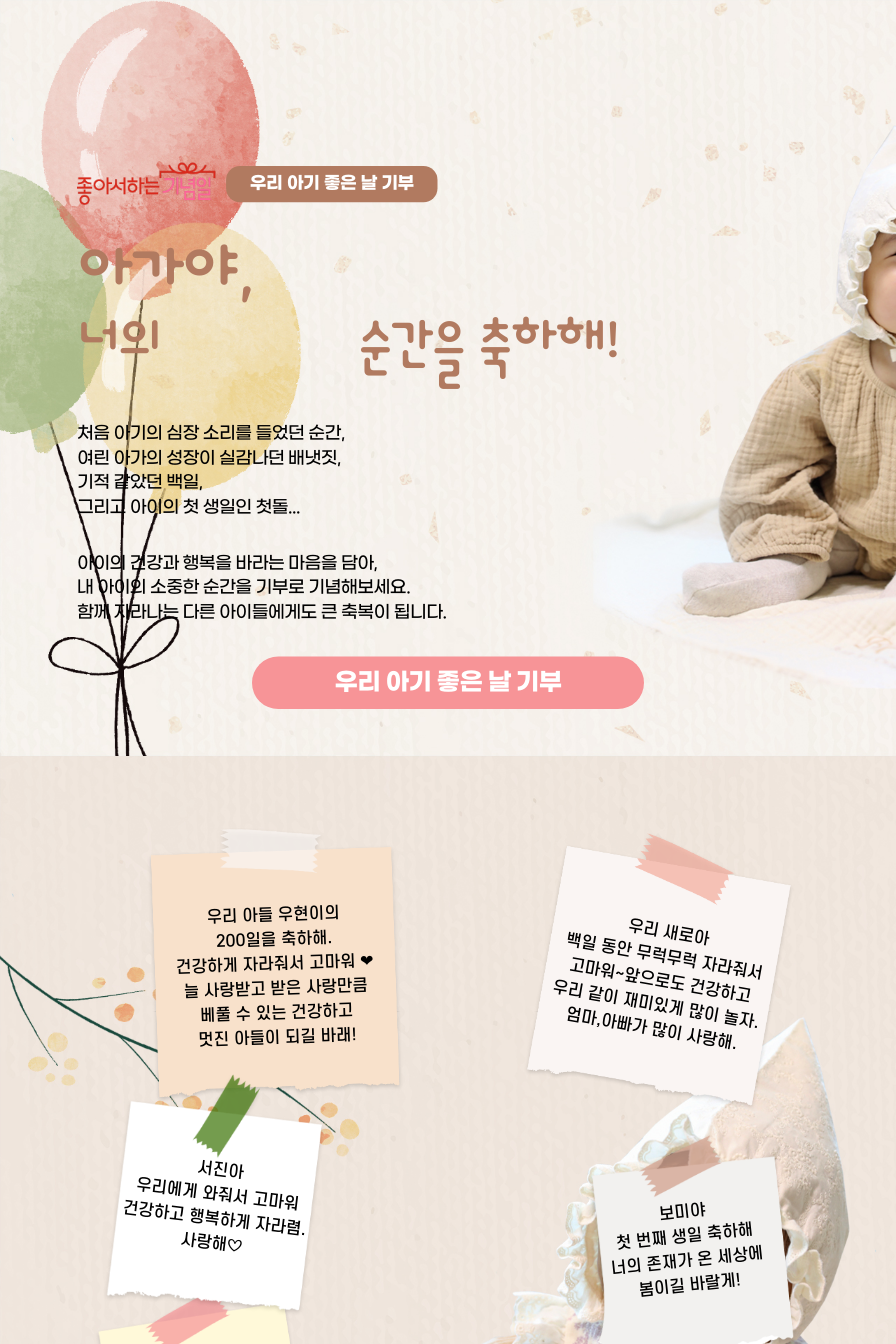
Repository: dlgywls1130/save_the_children
Page: index.html
An editor plug-in stored every save of this project. The page is shown before and after the next save, followed by the edit.
The browser window is 1280 px wide. The pictures show the part of the page from y = 0 to 1920 px (the page is 8338 px tall), at 70% of full size.

Above is the page before, as saved 2023-12-13 12:15:00.

### index.html
<!DOCTYPE html>
<html lang="en">
<head>
    <meta charset="UTF-8">
    <meta name="viewport" content="width=device-width, initial-scale=1.0">
    <title>세이브더칠드런</title>

    <link rel="stylesheet" href="./css/reset.css">
    <link rel="stylesheet" href="./css/style.css">

    <link rel="stylesheet" type="text/css" href="//cdn.jsdelivr.net/npm/slick-carousel@1.8.1/slick/slick.css"/>
</head>
<body>
    <div class="content_body">
        <section class="section_wrapper section01">
            <div class="se01 se_wrapper">
                <div class="se01_sub">
                    <div class="sub_logo">
                        <img src="./img/logo01.png" alt="logo">
                    </div>
                    <p>우리 아기 좋은 날 기부</p>
                </div>
                <p class="seo01_title">
                    아가야,
                </p>
                <p class="seo01_title_two">
                    너의 <span id="rollingText">탄생</span> 순간을 축하해!
                </p>
                <p class="section_descript mb-45">
                    처음 아기의 심장 소리를 들었던 순간,
                    <br>여린 아가의 성장이 실감나던 배냇짓,
                    <br>기적 같았던 백일,
                    <br>그리고 아이의 첫 생일인 첫돌...
                </p>
                <p class="section_descript">
                    아이의 건강과 행복을 바라는 마음을 담아,
                    <br>내 아이의 소중한 순간을 기부로 기념해보세요.
                    <br>함께 자라나는 다른 아이들에게도 큰 축복이 됩니다.
                </p>

                <a class="donation_link" href="javascript:void(0)">우리 아기 좋은 날 기부</a>
            </div>
        </section>
        <section class="section_wrapper section02">
            <div class="se02 se_wrapper">
                <div class="postit_wrapper">
                    <div class="postit postit01">
                        <p>우리 아들 우현이의<br>
                        200일을 축하해.<br>
                        건강하게 자라줘서 고마워 ❤<br>
                        늘 사랑받고 받은 사랑만큼<br>
                        베풀 수 있는 건강하고<br>
                        멋진 아들이 되길 바래!</p>
                    </div>
                    <div class="postit postit02">
                        <p>우리 새로아<Br>
                        백일 동안 무럭무럭 자라줘서<Br>
                        고마워~앞으로도 건강하고<Br>
                        우리 같이 재미있게 많이 놀자.<Br>
                        엄마,아빠가 많이 사랑해.</p>
                    </div>
                    <div class="postit postit03">
                        <p>서진아<br>
                        우리에게 와줘서 고마워<br>
                        건강하고 행복하게 자라렴.<br>
                        사랑해♡      </p>
                    </div>
                    <div class="postit postit04">
                        <p>보미야<br>
                        첫 번째 생일 축하해<br>
                        너의 존재가 온 세상에<br>
                        봄이길 바랄게!   </p>
                    </div>
                    <div class="postit postit05">
                        <p>사랑하는 도현이의<br>
                        첫 어린이날과 첫돌을<br>
                        기념하며, <br>
                        이웃을 사랑하는<br>
                        멋진 사람으로 자라길</p>

                    </div>
                </div>
                <p class="ex_text">*소개한 사연은 모두 실제 사연입니다.</p>

            </div>
        </section>
        <section class="section_wrapper section03">
            <div class="se_wrapper se03">
                <div class="se_title_co">
                    아기의 좋은 날을 기념해 주신 모든 분들께
                    <br>후원감사증서를 보내드립니다.
                </div>
                <div class="se_sub_co">
                    후원감사증서는 아기에게 남기고 싶은 메시지와 아기의 좋은 날이 담긴 사진을 보관할 수 있도록
                    <br>만들어드립니다. 먼 훗날, 아기가 성장해 읽게 될 날을 그리며 편지를 써보세요.
                </div>
            </div>

        </section>
        <section class="section_wrapper section04">
            <div class="se_wrapper se04">
                <div class="se_title_co">
                    이름 자수 순면거즈블랭킷
                </div>
                <div class="se_sub_co">
                    30만원 이상 후원하신 분들께는 순면 거즈 아기 블랭킷(90*110)에
                    <Br>원하시는 이름(영문)을 예쁘게 수놓아 드립니다.
                </div>

                <div class="se04_slide mt-85">
                    <div class="se04_slide_list">
                        <img src="./img/slide01.jpg">
                    </div>
                    <div class="se04_slide_list">
                        <img src="./img/slide02.jpg">
                    </div>
                    <div class="se04_slide_list">
                        <img src="./img/slide03.jpg">
                    </div>
                </div>
            </div>
        </section>
        <section class="section_wrapper section05">
            <div class="se_wrapper se05">
                <div class="se_title_co">
                    후원신청 과정
                </div>

                <div class="se_step_list">
                    <div class="se_step">
                        <p class="step_number">1</p>
                        <div class="step_ico">
                            <img src="./img/icon01.png" alt="img">
                        </div>
                        <p class="step_descript">
                            후원신청하기
                        </p>
                    </div>
                    <div class="se_step">
                        <p class="step_number">2</p>
                        <div class="step_ico">
                            <img src="./img/icon02.png" alt="img">
                        </div>
                        <p class="step_descript">
                            후원감사증서
                            <br>메시지 적기
                        </p>
                    </div>
                    <div class="se_step">
                        <p class="step_number">3</p>
                        <div class="step_ico">
                            <img src="./img/icon03.png" alt="img">
                        </div>
                        <p class="step_descript">
                            신청완료
                        </p>
                    </div>
                    <div class="se_step">
                        <p class="step_number">4</p>
                        <div class="step_ico">
                            <img src="./img/icon04.png" alt="img">
                        </div>
                        <p class="step_descript">
                            후원감사증서 발송
                            <Br>(1주 이내)
                        </p>
                    </div>
                </div>

                <div class="se_sub_co mt-100">
                    30만원 이상 후원해 주신 경우,
                    <br>감사 선물 수령 주소 및 아기 블랭킷에 새겨질 문구 확인을 위한 문자가 발송됩니다.
                </div>

                <a class="donation_link" href="javascript:void(0)">우리 아기 좋은 날 기부</a>
            </div>

        </section>
        <section class="section_wrapper section06">
            <div class="se_wrapper se06">
                <div class="se_title_co">
                    후원금, 이렇게 쓰여요!
                </div>
                <div class="se_sub_co">
                    세이브더칠드런은 <span>국내외 아동을 위한 교육,
                    <Br>보호, 보건영양지원, 아동권리옹호</span> 등의 활동을 해나가고 있습니다.
                </div>
                <div class="se_sub_co">
                    보내주신 후원금은 정치, 종교, 인종에 관계없이 모든 아이를 구해야 한다는
                    <Br>세이브더칠드런의 신념에 따라 <span>가장 도움 필요한 아이를 위해 우선 사용</span>됩니다.
                </div>
            </div>

        </section>
        <section class="section_wrapper section07">
            <div class="se_wrapper se07">
                <div class="se_title_co">
                    FAQ
                </div>
                <div class="accordion">
                    <div class="accordion-item">
                        <h3 class="title">
                            <span>1. 30만원 이상 후원했습니다. 거즈 순면 블랭킷은 언제 오나요?</span>
                            <img src="./img/top.png">
                        </h3>
                        <p class="paragraph">
                            우리아기 축하기부로 30만원 이상 후원자님들께는 담요에 수놓을 아기 이름과
                            <Br>선물 수령 주소 확인을 위한 문자가 발송됩니다.
                            <br>02-6900-4479로 발송되는 문자 속 설문조사에 답해주세요.
                            <br>확인을 완료하신 분들께는 블랭킷 제작을 담당하고 있는 조니 스튜디오에서
                            <br>아기 이름 자수 작업 완료 후 배송해 드립니다.

                        </p>
                    </div>
                    <div class="accordion-item">
                        <h3 class="title">
                            <span>2. 거즈 순면 블랭킷, 안전한 제품인가요?</span>
                            <img src="./img/top.png">
                        </h3>
                        <p class="paragraph">
                            본 블랭킷은 워싱된 3중 거즈로 제작되었으며, KC안전검사를 완료하였습니다.
                            소재 특성상 섬유 조각이 발생할 수 있어 망에 넣지 않고 3번 정도 물빨래 하시는 것을 권장합니다.

                        </p>
                    </div>
                    <div class="accordion-item">
                        <h3 class="title">
                            <span>3. 거즈 순면 블랭킷을 받았는 데 하자가 있어요. 어떻게 해야 하나요? </span>
                            <img src="./img/top.png">
                        </h3>
                        <p class="paragraph">
                            070-4220-4123 (조니스튜디오 CS)로 전화 연락 부탁드립니다. 하자 물품에 대한 교환은 수령일로부터 7일 이내에 조니스튜디오에 연락해주셔야 하며, 이로 인한 후원금 환불은 어렵습니다.
                        </p>
                    </div>
                    <div class="accordion-item">
                        <h3 class="title">
                            <span>4. 후원감사증서에 넣을 수 있는 사진 사이즈는 얼마인가요?</span>
                            <img src="./img/top.png">
                        </h3>
                        <p class="paragraph">
                            사진 인화 사이즈 5*7 인치에 맞추어서 제작되었습니다.  그보다 작은 사진일 경우, 후원감사증서
                            내부의 주머니에 넣어 보관하실 수도  있습니다.

                        </p>
                    </div>
                </div>
            </div>

        </section>
        <section class="section_wrapper section08">
            <div class="se_wrapper se08">
                <div class="se08_postion">
                    <p class="se08_title">우리 아기 좋은 날 기부</p>
                    <p class="se08_descript">
                        탄생, 백일, 첫 걸음마, 첫돌...
                        <br>소중한 우리 아기의 성장을 기념해 보세요!
                        <br>아기의 좋은 날이 모여 세상의 행복이 됩니다.
                    </p>
                    <a href="javascript:void(0)" class="more_btn">
                        <p>자세히보기</p>
                        <svg xmlns="http://www.w3.org/2000/svg" width="16" height="16" fill="currentColor" class="bi bi-chevron-right" viewBox="0 0 16 16">
                            <path fill-rule="evenodd" d="M4.646 1.646a.5.5 0 0 1 .708 0l6 6a.5.5 0 0 1 0 .708l-6 6a.5.5 0 0 1-.708-.708L10.293 8 4.646 2.354a.5.5 0 0 1 0-.708z"/>
                        </svg>
                    </a>
                </div>

            </div>
        </section>
    </div>

    <script src="https://ajax.googleapis.com/ajax/libs/jquery/1.12.4/jquery.min.js"></script>
    <script type="text/javascript" src="//cdn.jsdelivr.net/npm/slick-carousel@1.8.1/slick/slick.min.js"></script>
    <script src="./js/main.js"></script>
</body>
</html>

### css/reset.css


html, body, div, span, applet, object, iframe,
h1, h2, h3, h4, h5, h6, p, blockquote, pre,
a, abbr, acronym, address, big, cite, code,
del, dfn, em, img, ins, kbd, q, s, samp,
small, strike, strong, sub, sup, tt, var,
b, u, i, center,
dl, dt, dd, ol, ul, li,
fieldset, form, label, legend,
table, caption, tbody, tfoot, thead, tr, th, td,
article, aside, canvas, details, embed,
figure, figcaption, footer, header, hgroup,
menu, nav, output, ruby, section, summary,
time, mark, audio, video {
	margin: 0;
	padding: 0;
	border: 0;
	font-size: 100%;
	font: inherit;
	vertical-align: baseline;
}

article, aside, details, figcaption, figure,
footer, header, hgroup, menu, nav, section {
	display: block;
}
body {
	line-height: 1;
}
ol, ul {
	list-style: none;
}
blockquote, q {
	quotes: none;
}
blockquote:before, blockquote:after,
q:before, q:after {
	content: '';
	content: none;
}
table {
	border-collapse: collapse;
	border-spacing: 0;
}

### js/main.js
// slide
$(document).ready(function(){
    $('.se04_slide').slick({
        infinite: true,
        dots: false,
        autoplay: true,
        autoplaySpeed: 3000,
        prevArrow: '<button class="slick-prev" aria-label="Previous" type="button"><img src="./img/arrow_p.png" alt="Previous"></button>',
        nextArrow: '<button class="slick-next" aria-label="Next" type="button"><img src="./img/arrow_n.png" alt="Next"></button>'
    });
  });



// acodian

const accordionItem = document.querySelectorAll(".accordion-item");

    accordionItem.forEach((el) =>
        el.addEventListener("click", () => {
            if (el.classList.contains("active")) {
                el.classList.remove("active");
            } else {
                accordionItem.forEach((el2) => el2.classList.remove("active"));
                el.classList.add("active");
            }
        })
    );



//rolling

$(document).ready(function() {
    var words = ["탄생", "백일", "첫 옹알이", "첫 뒤집기", "첫 나들이", "첫 이유식", "첫돌", "첫 걸음마", "모든"],
        i = 0;

    // 마지막 단어를 설정하고 interval을 멈추기 전에 실행될 함수입니다.
    function updateText() {
      $('#rollingText').text(words[i]);
      if (i >= words.length - 1) { // 마지막 요소에 도달했는지 확인합니다.
        clearInterval(interval); // 마지막 요소에 도달했다면 interval을 멈춥니다.
      } else {
        i++; // 아직 마지막 요소에 도달하지 않았다면 인덱스를 증가시킵니다.
      }
    }

    // 페이지 로드 시 첫 번째 단어를 즉시 설정합니다.
    updateText();

    // setInterval을 사용하여 주기적으로 updateText 함수를 호출합니다.
    var interval = setInterval(updateText, 2000); // 2초마다 텍스트를 업데이트합니다.
  });

Loaded but not shown: css/style.css (697 lines, source omitted)

After the next save:
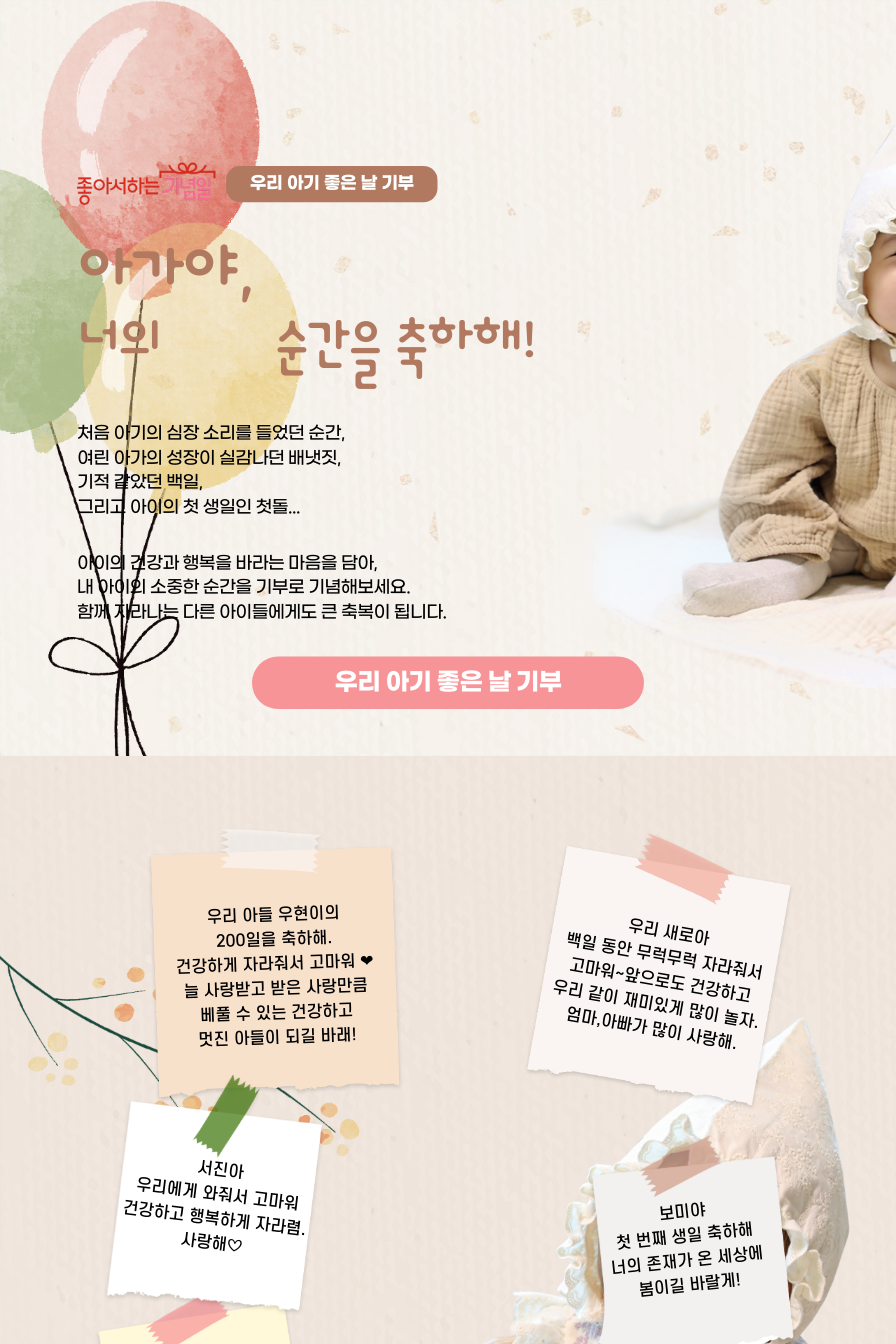
Saved 2 min 45 s later.
--- a/js/main.js
+++ b/js/main.js
@@ -31,23 +31,16 @@
 
 //rolling
 
-$(document).ready(function() {
-    var words = ["탄생", "백일", "첫 옹알이", "첫 뒤집기", "첫 나들이", "첫 이유식", "첫돌", "첫 걸음마", "모든"],
-        i = 0;
+const words = ["탄생", "백일", "첫 옹알이", "첫 뒤집기", "첫 나들이", "첫 이유식", "첫돌", "첫 걸음마", "모든"];
+        let index = 0;
+        const element = document.getElementById("rollingText");
 
-    // 마지막 단어를 설정하고 interval을 멈추기 전에 실행될 함수입니다.
-    function updateText() {
-      $('#rollingText').text(words[i]);
-      if (i >= words.length - 1) { // 마지막 요소에 도달했는지 확인합니다.
-        clearInterval(interval); // 마지막 요소에 도달했다면 interval을 멈춥니다.
-      } else {
-        i++; // 아직 마지막 요소에 도달하지 않았다면 인덱스를 증가시킵니다.
-      }
-    }
+        function updateText() {
+            element.innerText = words[index];
+            index++;
+            if (index < words.length) {
+                setTimeout(updateText, 2000); // 2초마다 텍스트 변경
+            }
+        }
 
-    // 페이지 로드 시 첫 번째 단어를 즉시 설정합니다.
-    updateText();
-
-    // setInterval을 사용하여 주기적으로 updateText 함수를 호출합니다.
-    var interval = setInterval(updateText, 2000); // 2초마다 텍스트를 업데이트합니다.
-  });
+        setTimeout(updateText, 2000); // 첫 번째 변경을 위한 초기 지연
